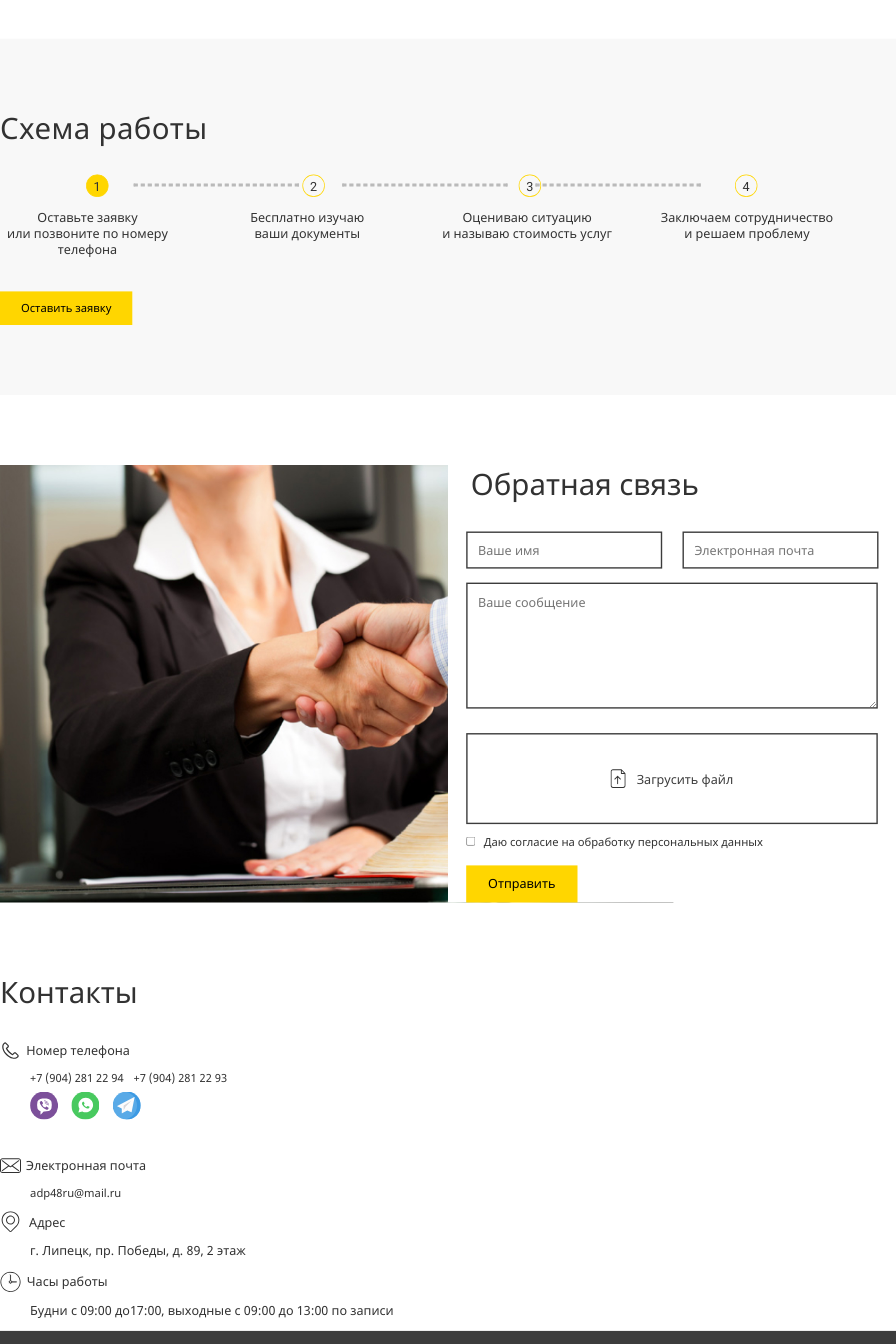
Repository: Nisovaki/antei
Page: http://localhost/
An editor plug-in stored every save of this project. The page is shown before and after the next save, followed by the edit.
The browser window is 1280 px wide. The pictures show the part of the page from y = 4065 to 5985 px (the page is 6050 px tall before and 6052 px after), at 70% of full size.
The page is run by PHP 8.4 with error messages shown; the project is at /var/www/html/. Style sheets and scripts are compiled from the project's sources, by tool versions that may differ from the author's.

Above is the page before, as saved 2022-03-19 11:08:03.

### index.html
<!DOCTYPE html>
<html lang="ru">
<head>
	<meta charset="UTF-8">
	<meta http-equiv="X-UA-Compatible" content="IE=edge">
	<meta name="viewport" content="width=1440"/>
	<link rel="stylesheet" href="css/style.css">
	<link rel="preconnect" href="https://fonts.googleapis.com">
	<link rel="preconnect" href="https://fonts.gstatic.com" crossorigin>
	<link href="https://fonts.googleapis.com/css2?family=Roboto&display=swap" rel="stylesheet">
	<title>Услуги юриста</title>
</head>
<body>
	<navbar class="navbar">
		<div class="container">
			<div class="navbar-block">
				<ul class="navbar-list">
					<li class="navbar-item"><a href="#" class="navbar-link">Услуги</a></li>
					<li class="navbar-item"><a href="#" class="navbar-link">Банкротство граждан</a></li>
					<li class="navbar-item"><a href="#" class="navbar-link">Схема работы</a></li>
					<li class="navbar-item"><a href="#" class="navbar-link">Обратная связь</a></li>
				</ul>
				<div class="navbar-tel"><a href="tel:+79042812294" class="navbar-link">+7 (904) 281 22 94</a></div>
				<div class="navbar-address">г. Липецк, пр. Победы, д. 89</div>
			</div>
   </div>
	</navbar>

	<header class="header">
		<div class="container">
			<div class="header-block">
				<h1 class="header-block__title">Услуги юриста</h1>
				<div class="header-block__text">
					Ведение дел осуществляется как по г. Липецку, так и по его Области, возможно дистанционное составление документов
					в других городах
				</div>

				<ul class="header-block__list">
					<li class="icons header-block__item"><span class="icons__check"> Бесплатная консультация</span></li>
					<li class="icons header-block__item"><span class="icons__check"> Для клиентов пенсионного возраста скидки</span></li>
					<li class="icons header-block__item"><span class="icons__check"> Банкротство граждан, скидки для людей со&nbsp;льготами</span></li>
					<li class="icons header-block__item"><span class="icons__check"> В некоторых случаях возможно списать задолжность без подачи заявления на&nbsp;банкротство гарждан</span></li>
				</ul>

				<button class="button header__button">Решить проблему</button>
			</div>
		</div>
	</header>

	<section class="biography">
		<div class="container">
			<div class="author">
				<div class="author-img">
					<img src="img/biography/author.png" alt="Фотография: Богословский Дмитрий Михайлович" class="biography-author">
				</div>
				<div class="author-block">
					<h2 class="title biography-title">Богословский Дмитрий Михайлович</h2>
					<div class="biography-block">
						<div class="biography-subtitle"><span class="biography-subtitle__elipse"></span> Окончил МОУ ВО</div>
						<div class="biography-text">В 2015 году окончил МОУ ВО «Институт правa<br>и экономики» по специальности Юриспруденция,<br> с
							присвоением квалификации Юрист</div>
						<div class="biography-subtitle"><span class="biography-subtitle__elipse"></span> Работал в налоговой службе</div>
						<div class="biography-text">Работал в инспекции федеральной налоговой службе, суде, паралельно осваивая процедуру
							банкротства физических лиц</div>
						<div class="biography-subtitle"><span class="biography-subtitle__elipse"></span> Имею опыт в процедуре банкротства
						</div>
						<div class="biography-text">Имею опыт списания долгов по процедуре банкротства в арбитражном суде, с присвоением
							статуса банкрота</div>
					</div>
				</div>
			</div>
		</div>
	</section>
	<section class="services">
		<div class="container">
			<h2 class="title services__title">Услуги</h2>
			<div class="services-block">
				<div class="services-block__item">
					<h3 class="services-block__title">Гражданские дела</h3>
					<ul class="services-block__list">
						<li class="icons services-block__cell">Гражданские споры</li>
						<li class="icons services-block__cell">Банкротство физических лиц</li>
						<li class="icons services-block__cell">Жилищные и трудовые споры</li>
						<li class="icons services-block__cell">Споры по кредитам частичное списание (индивидуально)</li>
						<li class="icons services-block__cell">Страховые вопросы</li>
						<li class="icons services-block__cell">Возмещение морального вреда, (составление претензий, жалоб, исковых заявлений, представительство в суде)</li>
					</ul>
				</div>

				<div class="services-block__item">
					<h3 class="services-block__title">Административные и&nbsp;арбитражные дела</h3>
					<ul class="services-block__list">
						<li class="icons services-block__cell">Споры, возникающие с органами испольнительной власти</li>
						<li class="icons services-block__cell">Досудебный порядок регулирования</li>
						<li class="icons services-block__cell">Составление претензий, жалоб, искового заявления</li>
						<li class="icons services-block__cell">Ознакомление с материалами дела</li>
						<li class="icons services-block__cell">Представительство в судах</li>
					</ul>
				</div>

				<div class="services-block__item">
					<h3 class="services-block__title">Банкротство физических лиц</h3>
					<p class="services-block__text">К сожалению, гражданам не всегда удаётся своевременно погасить образовавшиеся задолженности<br> по многим причинам — потеря<br>
					работы, заболевание, требующее срочного лечения и т.д., однако<br> выход есть всегда, это Банкротство физичсекого лица</p>
					<a href="#" class="services-block__link">Узнать подробнее
						<img src="img/services/arrow.svg" alt="стрелка" class="services-block__img-1">
						<img src="img/services/arrow.svg" alt="стрелка" class="services-block__img-2">
					</a>
				</div>
			</div>
			<div class="services__wrapper">
				<button class="button services__button"><a href="#" class="services__button-link">Обратиться за помощью</a></button>
			</div>
		</div>
	</section>

	<section class="algorithm">
		<div class="container">
			<div class="algorithm-block">
				<div class="algorithm-block__item-1">
					<h2 class="title algorithm-block__title">Наш алгоритм действий</h2>
					<ol class="algorithm-block__list">
						<li class="algorithm-block__cell algorithm-block__cell-color"><div class="algorithm-block__element"></div> Изучение дела</li>
						<li class="algorithm-block__cell"><div class="algorithm-block__element"></div> Выработка стратегии</li>
						<li class="algorithm-block__cell"><div class="algorithm-block__element"></div> Претензионная работа</li>
						<li class="algorithm-block__cell"><div class="algorithm-block__element"></div> Подготовка пиьменной позиции</li>
						<li class="algorithm-block__cell"><div class="algorithm-block__element"></div> Наложение обеспечительных мер</li>
						<li class="algorithm-block__cell"><div class="algorithm-block__element"></div> Сбор доказательств</li>
						<li class="algorithm-block__cell"><div class="algorithm-block__element"></div> Представление интересов клиента в суде</li>
						<li class="algorithm-block__cell"> В случае обжалования решения суда первой инстанции — подготовка апелляционной и&nbsp;кассационной жалобы</li>
					</ol>
				</div>
				<div class="algorithm-block__item-2"><img src="img/algorithm/algorithm-img.jpg" alt="img: algorithm-block__img" class="algorithm-block__img"></div>
			</div>
		</div>
	</section>

	<section class="smash">
		<div class="container">
			<h2 class="title smash__title">Банкротство граждан</h2>
			<p class="smash__text">Это прозрачный и законный способ списания долгов (кредитов, займов, микрозаймов, долговых расписок) для гражданина,
			который регулируется Федеральным законом «О несостоятельности (банкротстве)»<br> от 26.10.2002 N 127-ФЗ (последняя редакция)</p>

			<div class="smash-wrapper">
				<div class="smash-wrapper__item smash-wrapper__item--indent-1">
					<div class="smash-wrapper__num">1</div>
					<div class="smash-wrapper__title">Консультация</div>
					<div class="smash-wrapper__text">Квалифицированные специалисты с многолетним опытом, помогают клиенту соориентироваться необходима ли для него процедура
					банкротства, каковы плюсы и минусы, есть ли ограничения,<br>каков предполагаемый результат на стадии<br> анализа.
  					</div>
				</div>

				<div class="smash-arrow__right"><img src="img/smash/arrow_right.svg" alt="arrow_right"></div>

				<div class="smash-wrapper__item smash-wrapper__item--indent-2">
					<div class="smash-wrapper__num">2</div>
					<div class="smash-wrapper__title">Составление перечьня докуметов</div>
					<div class="smash-wrapper__text">Составление необходимого перечьня документов, при необходимости восстановления справок, договоров, для предоставления
					юристу, при составлении Заявление о признании должника несостоятельным (банкротом), с пошаговым объяснением клиенту, для
					чего тот или иной абзац.
					</div>
				</div>

				<div class="smash-arrow__bottom"><img src="img/smash/arrow_bottom .svg" alt="arrow_bottom"></div>

				<div class="smash-wrapper__item smash-wrapper__item--indent-3">
					<div class="smash-wrapper__num">3</div>
					<div class="smash-wrapper__title">Подача заявления</div>
					<div class="smash-wrapper__text">Подача заявления в Арбитражный суд и представительство его интересов в суде по<br> данному делу, процедура списания долгов,
					при которой можно вздохнуть спокойно и<br> наслаждаться жизнью.
					</div>
				</div>
			</div>
			<!-- /.smash-wrapper -->
		</div>
		<!-- /. container -->
	</section>

	<section class="scheme">
		<div class="container">
			<h2 class="title scheme__title">Схема работы</h2>
			<div class="scheme-wrapper">
				<div class="scheme-wrapper__item">
					<div class="scheme-wrapper--dotted-1"></div>
					<div class="scheme-wrapper__num scheme-wrapper__num--color">1</div>
					<p class="scheme-wrapper__text">Оставьте заявку <br>или позвоните по номеру телефона</p>
				</div>
				<!-- /.scheme-wrapper__item -->
				<div class="scheme-wrapper__item">
					<div class="scheme-wrapper--dotted-2"></div>
					<div class="scheme-wrapper__num scheme-wrapper__num-2">2</div>
					<p class="scheme-wrapper__text">Бесплатно изучаю <br>ваши документы</p>
				</div>
				<!-- /.scheme-wrapper__item -->
				<div class="scheme-wrapper__item">
					<div class="scheme-wrapper--dotted-3"></div>
					<div class="scheme-wrapper__num scheme-wrapper__num-3">3</div>
					<p class="scheme-wrapper__text">Оцениваю ситуацию<br> и называю стоимость услуг</p>
				</div>
				<!-- /.scheme-wrapper__item -->
				<div class="scheme-wrapper__item">
					<div class="scheme-wrapper__num scheme-wrapper__num-4">4</div>
					<p class="scheme-wrapper__text">Заключаем сотрудничество и решаем проблему</p>
				</div>
				<!-- /.scheme-wrapper__item -->
			</div>
			<!-- /.scheme-wrapper -->
			<button class="button scheme__button">Оставить заявку</button>
		</div>
		<!-- /.container -->
	</section>
	<!-- /.scheme -->
    <section class="feedback">
		<div class="container">
			<div class="feedback-block">
				<div class="feedback-block__title">Обратная связь</div>
				<form action="send.php" method="post" class="feedback-form">
					<div class="feedback-input">
						<input type="text" placeholder="Ваше имя" class="feedback__input" name="name">
						<input type="text" placeholder="Электронная почта" class="feedback__input" name="email">
					</div>
					<textarea name="message" placeholder="Ваше сообщение" class="feedback__message"></textarea>
					<div class="feedback__wrapper">
						<input type="file" name="file" type="file" name="file" id="input__file" multiple class="feedback__file">
						<label for="input__file" class="feedback__file-button">
							<span class="feedback__file-button-text">
								<img src="img/feedback/file.svg" alt="файл">
								Загрусить файл
							</span>
						</label>
					</div>
					<div class="feedback__agreemet">
						<input type="checkbox" class="feedback__checkbox">
						<span class="feedback__text">Даю согласие на обработку персональных данных</span>
					</div>
					<button class="feedback__button">Отправить</button>
				</form>
			</div>
		</div>
	</section>

	<footer class="footer">
		<div class="container">
			<div class="footer-contacts">
				<h2 class="title footer__title">Контакты</h2>
				<div class="footer-contacts__item">
					<h3 class="footer-contacts__subtitle footer-contacts__subtitle--ml-1"><img src="img/footer/phone.svg" alt="icon: тефон" class="footer-contacts__icon-1">Номер телефона</h3>
					<a href="tel:+79042812294" class="footer-contacts__phone--ml1">+7 (904) 281 22 94</a>
					<a href="tel:+79042812293" class="footer-contacts__phone--ml2">+7 (904) 281 22 93</a>
					<div class="footer-contacts__block">
						<a href="" target="_blank"><img src="img/footer/viber.svg" alt="icon: viber" class="footer-contacts__icon"></a>
						<a href="" target="_blank"><img src="img/footer/watsapp.svg" alt="icon: watsapp" class="footer-contacts__icon"></a>
						<a href="" target="_blank"><img src="img/footer/telegram.svg" alt="icon: telegram" class="footer-contacts__icon"></a>
					</div>
					<p class="footer-contacts__subtitle footer-contacts__subtitle--ml-2"><img src="img/footer/email.svg" alt="icon: email" class="footer-contacts__icon-2"> Электронная почта</p>
					<a href="mailto:adp48ru@mail.ru" class="footer-contacts__email">adp48ru@mail.ru</a>
					<h3 class="footer-contacts__subtitle footer-contacts__subtitle--ml-3 "><img src="img/footer/map.svg" alt="icon: адрес" class="footer-contacts__icon-3"> Адрес</h3>
					<p class="footer-contacts__text">г. Липецк, пр. Победы, д. 89, 2 этаж</p>
					<h3 class="footer-contacts__subtitle footer-contacts__subtitle--ml-4"><img src="img/footer/clock.svg" alt="icon: режим работы" class="footer-contacts__icon-4"> Часы работы</h3>
					<p class="footer-contacts__text">Будни с 09:00 до17:00, выходные с 09:00 до 13:00 по записи</p>
				</div>

			</div>
			<!-- /.footer-contacts -->
			<div class="footer-map">

			</div>
			<!-- /.footer-map -->
		</div>
			<div class="footer-law">
				<div class="container">
					<p class="footer-law__text">© Все права защищены</p>
				</div>
			</div>

		<!-- /.container -->
	</footer>
	<!-- /.footer -->
</body>
</html>

### sass/style.sass
@import "_normalize.scss"
@import "_variables.sass"
@import "_settings.sass"
@import "_fonts.scss"
@import "block/_navbar.sass"
@import "block/_header.sass"
@import "block/_biography.sass"
@import "block/_services.sass"
@import "block/_algorithm.sass"
@import "block/_smash.sass"
@import "block/_feedback.sass"
@import "block/_footer.sass"
@import "block/_scheme.sass"

### sass/_variables.sass
$dark: #3C3C3C
$light: #FFFFFF
$txt-color: #323232
$btn-color: #FFD600
$fon-color: #F8F8F8
$dashed-color: #BABABA

### sass/_settings.sass
*
	box-sizing: border-box
body
	font-family: "Noto Sans", sans-serif
	font-weight: 400
	color: $txt-color
img
	max-width: 100%
.container
	max-width: 1320px
	margin: auto
.icons
	list-style-image: url(../img/header/Vector.svg)
	&__check
		position: relative
		left: 10px
.button
	padding: 15px 30px
	background-color: $btn-color
	border: none
	cursor: pointer
.title
	font-weight: 500
	font-size: 42px
	line-height: 130%
@media (max-width: 1200px)
	br
		display: none

### sass/_fonts.scss
@font-face {
  font-family: "Noto Sans bold";
  src: url("../fonts/NotoSans-Bold.woff2") format("woff2"),
    url("../fonts/NotoSans-Bold.woff") format("woff");
  font-weight: bold;
  font-style: normal;
  font-display: swap;
}

@font-face {
  font-family: "Noto Sans";
  src: url("../fonts/NotoSans.woff2") format("woff2"),
    url("../fonts/NotoSans.woff") format("woff");
  font-weight: normal;
  font-style: normal;
  font-display: swap;
}

### sass/block/_navbar.sass
.navbar
	display: block
	font-family: 'Roboto', sans-serif
	background-color: $dark
	color: $light
	padding: 37px 0 35px 0
	font-size: 18px
	line-height: 130%
	&-block
		display: flex
		justify-content: space-between
	&-list
		display: flex
		justify-content: space-between
		align-items: center
		margin: 0
		padding: 0
		flex-basis: 46.7%
	&-item
		list-style: none
	&-link
		color: inherit
		text-decoration: none
	&-address
		margin-right: 8.6%
		letter-spacing: 0.4px

### sass/block/_header.sass
.header
	padding: 100px 0
	background: url(../img/header/fon-img.jpg)
	background-repeat: no-repeat
	background-size: contain
	background-position: center right
	position: relative
	&::before
		content: ''
		width: 40.5%
		height: 100%
		position: absolute
		top: 0
		left: 0
		background-color: #ffffff
	&-block
		width: 50%
		position: relative
		margin-right: 50px
		&__list
			margin: 0
			padding: 0
			padding-left: 28px
		&__text
			width: 430px
			font-size: 18px
			line-height: 129%
			margin-bottom: 30px
		&__item
			margin-bottom: 15px
			width: 405px
			font-size: 18px
			line-height: 128%
		&__title
			font-weight: 600
			font-size: 52px
			line-height: 130%
			margin: 0
			margin-bottom: 30px
			letter-spacing: 1.5px
	&__button
		margin-top: 15px
		padding: 16px 29px 17px 31px
		letter-spacing: 1.4px

### sass/block/_biography.sass
.biography
	padding-top: 100px
	background-color: $fon-color
	&-title
		letter-spacing: 0.6px
		width: 475px
		margin: 0
		margin-bottom: 40px
		margin-top: 2px
	&-subtitle
		font-weight: 600
		font-size: 20px
		line-height: 130%
		margin-bottom: 15px
		letter-spacing: 0.5px
		&__elipse
			display: inline-block
			width: 16px
			height: 16px
			background-color: $btn-color
			border-radius: 50%
			margin-right: 9px
	&-text
		font-size: 18px
		line-height: 128%
		width: 487px
		margin-bottom: 30px
.author
	display: flex
	justify-content: flex-end
	&-img
		flex-basis: 45%
		margin-left: 118px
	&-block
		flex-basis: 70%

### sass/block/_algorithm.sass
.algorithm
    padding: 100px 0 70px 0
    background-color: $fon-color
    &-block
        display: flex
        position: relative
        &__item-1
            width: 515px
            margin-left: 103px
        &__title
            width: 382px
            display: inline-block
            margin: 0
            margin-bottom: 40px
            letter-spacing: 0.5px
        &__cell-color
            &::before
                background-color: $btn-color
        &__element
            position: absolute
            top: 33px
            left: 17px
            width: 0px
            height: 34px
            border: 1px dashed $dashed-color
        &__img
            max-width: inherit
ol
    list-style: none
    width: 445px
    font-size: 17px
    font-weight: 400
    padding: 0
    margin: 0
    li
        counter-increment: num
        margin: 0
        padding: 7px 0 35px 44px
        position: relative
        line-height: 125%
        letter-spacing: 0.5px
        &::marker
            display: none
        &::before
            content: counter(num)
            display: inline-block
            position: absolute
            top: 0
            left: 0
            background: #fff
            color: $dark
            text-align: center
            font-size: 18px
            padding: 6px 12px 6px 9px
            border: 1px solid $btn-color
            border-radius: 50%

### sass/block/_footer.sass
.footer
	&__title
		font-style: normal
		font-weight: 500
		font-size: 42px
		line-height: 130%
		margin-top: 0
		margin-bottom: 43px
	&__item
		display: flex
	&-contacts
		&__block
			margin-left: 43px
			margin-top: 10px
		&__subtitle
			display: flex
			justify-content: space-between
			align-items: center
			font-style: normal
			font-weight: 400
			font-size: 18px
			line-height: 130%
			margin-bottom: 14px
			&--ml-1
				width: 14.5%
			&--ml-2
				display: flex
				justify-content: space-between
				align-items: center
				width: 16.3%
			&--ml-3
				width: 7.3%
			&--ml-4
				width: 12%
		&__phone
			font-style: normal
			font-weight: 500
			font-size: 18px
			line-height: 130%
			color: inherit
			text-decoration: none
			margin-bottom: 10px
			&--ml1
				text-decoration: none
				margin-left: 43px
				color: inherit
			&--ml2
				margin-left: 10px
				color: inherit
				text-decoration: none
		&__text
			font-style: normal
			font-weight: 400
			font-size: 18px
			line-height: 130%
			color: inherit
			margin-left: 43px
			margin-top: 0
			margin-bottom: 14px
		&__email
			color: inherit
			text-decoration: none
			margin-bottom: 30px
			margin-left: 43px
		&__icon
			margin-right: 15px
			margin-bottom: 30px
			width: 40px
			height: 40px
		&-map
			margin-bottom: 100px
	&-law
		width: 100%
		height: 83px
		background-color: $dark
		&__text
			text-align: center
			padding-top: 30px
			font-style: normal
			font-weight: 400
			font-size: 18px
			line-height: 130%
			color: $light

### sass/block/_scheme.sass
.scheme
    padding-top: 100px
    padding-bottom: 100px
    background-color: $fon-color
    &__title
        margin: 0
        margin-bottom: 40px
        letter-spacing: 0.5px
    &-wrapper
        position: relative
        display: flex
        justify-content: space-between
        margin-bottom: 30px
        width: 1192px
        &__item
        &__num
            display: flex
            justify-content: center
            font-size: 18px
            line-height: 130%
            width: 13%
            height: 23%
            padding-top: 5px
            margin-left: 49%
            font-family: "Roboto"
            border-radius: 50%
            border: 1px solid $btn-color
            &--color
                background-color: $btn-color
        &__num-2
            margin-left: 47%
        &__num-3
            margin-left: 45%
        &__num-4
            margin-left: 43%
        &__text
            text-align: center
            width: 250px
            font-size: 18px
            line-height: 130%
        &--dotted-1
            position: absolute
            top: 13px
            left: 16%
            border: 2px dashed $dashed-color
            width: 236px
            height: 2px
        &--dotted-2
            position: absolute
            top: 13px
            left: 41%
            border: 2px dashed $dashed-color
            width: 236px
            height: 2px
        &--dotted-3
            position: absolute
            top: 13px
            right: 16%
            border: 2px dashed $dashed-color
            width: 236px
            height: 2px

Loaded but not shown: sass/_normalize.scss (common file); img/smash/arrow_right.svg (3 lines, source omitted); img/smash/arrow_bottom .svg (3 lines, source omitted); img/footer/viber.svg (4 lines, source omitted); img/footer/email.svg (11 lines, source omitted); img/footer/clock.svg (4 lines, source omitted); img/footer/map.svg (4 lines, source omitted); img/footer/phone.svg (3 lines, source omitted); img/footer/watsapp.svg (4 lines, source omitted); img/footer/telegram.svg (45 lines, source omitted); img/feedback/file.svg (3 lines, source omitted); img/header/Vector.svg (3 lines, source omitted); img/services/arrow.svg (3 lines, source omitted); sass/block/_feedback.sass (99 lines, source omitted); sass/block/_services.sass (66 lines, source omitted); sass/block/_smash.sass (65 lines, source omitted)

After the next save:
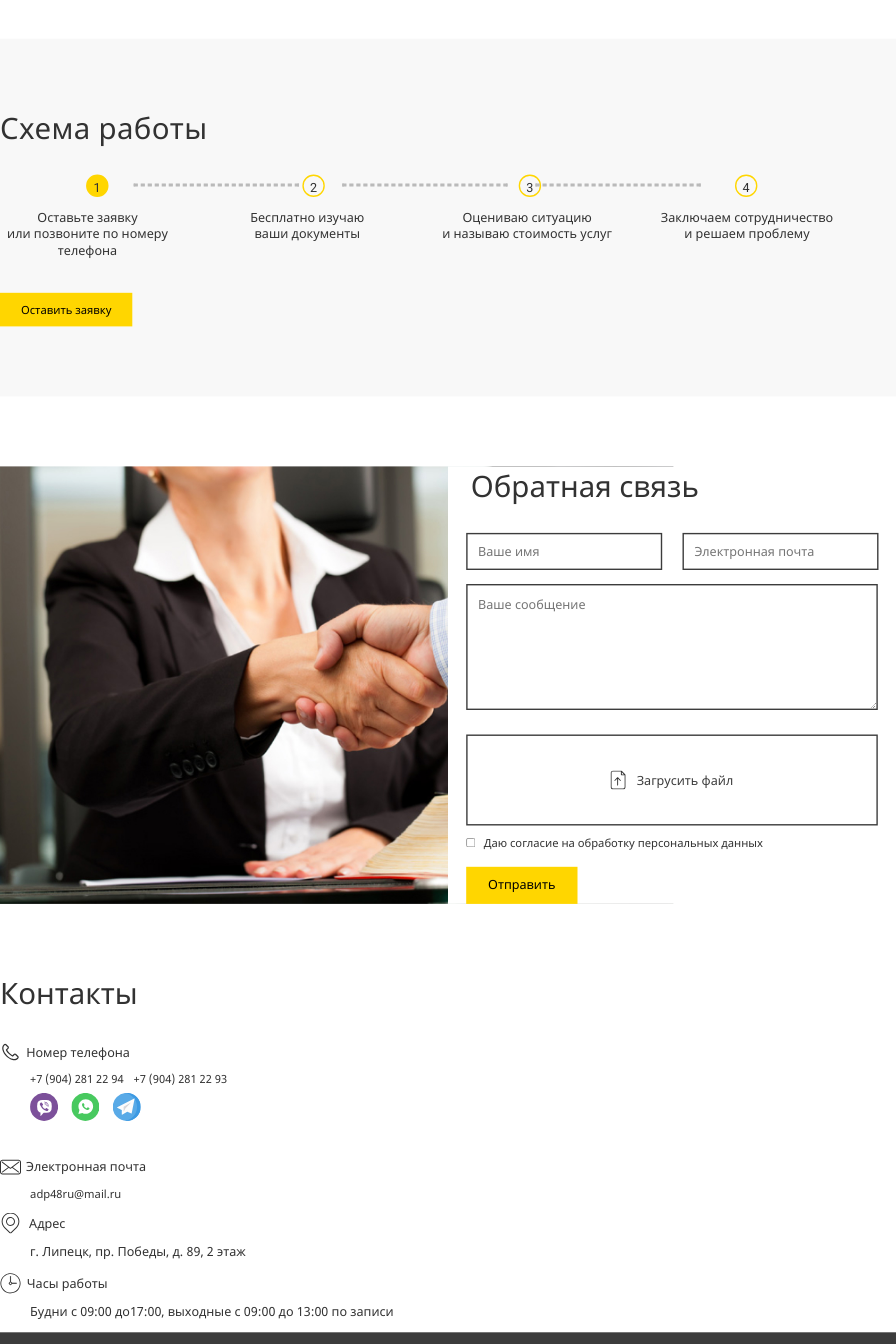
Saved 35 s later.
--- a/sass/block/_scheme.sass
+++ b/sass/block/_scheme.sass
@@ -24,7 +24,7 @@
             margin-left: 49%
             font-family: "Roboto"
             border-radius: 50%
-            border: 1px solid $btn-color
+            border: 2px solid $btn-color
             &--color
                 background-color: $btn-color
         &__num-2
